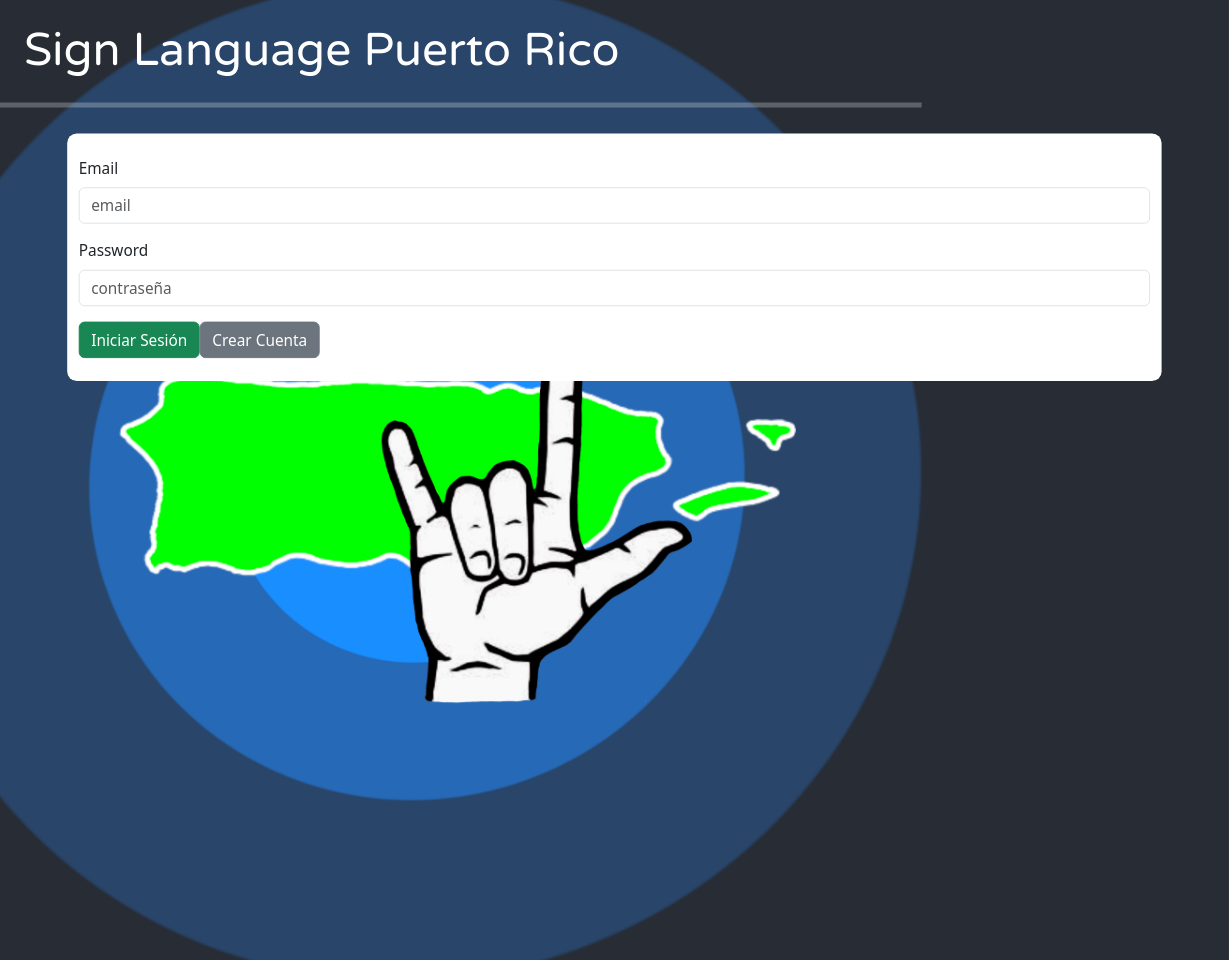
Repository: Dav1497/sign-language-pr
Page: /
These files come from the project's save history. The page is drawn as it stood at one moment and after the next save; the edit follows.
The browser window is 1280 px wide. The pictures show the whole page, at 96% of full size.
The project was rebuilt for these pictures with package versions that can differ from the ones it lists, and the page was loaded fresh each time.

Above is the page before, as saved 2021-02-26 23:04:38.

After the next save:
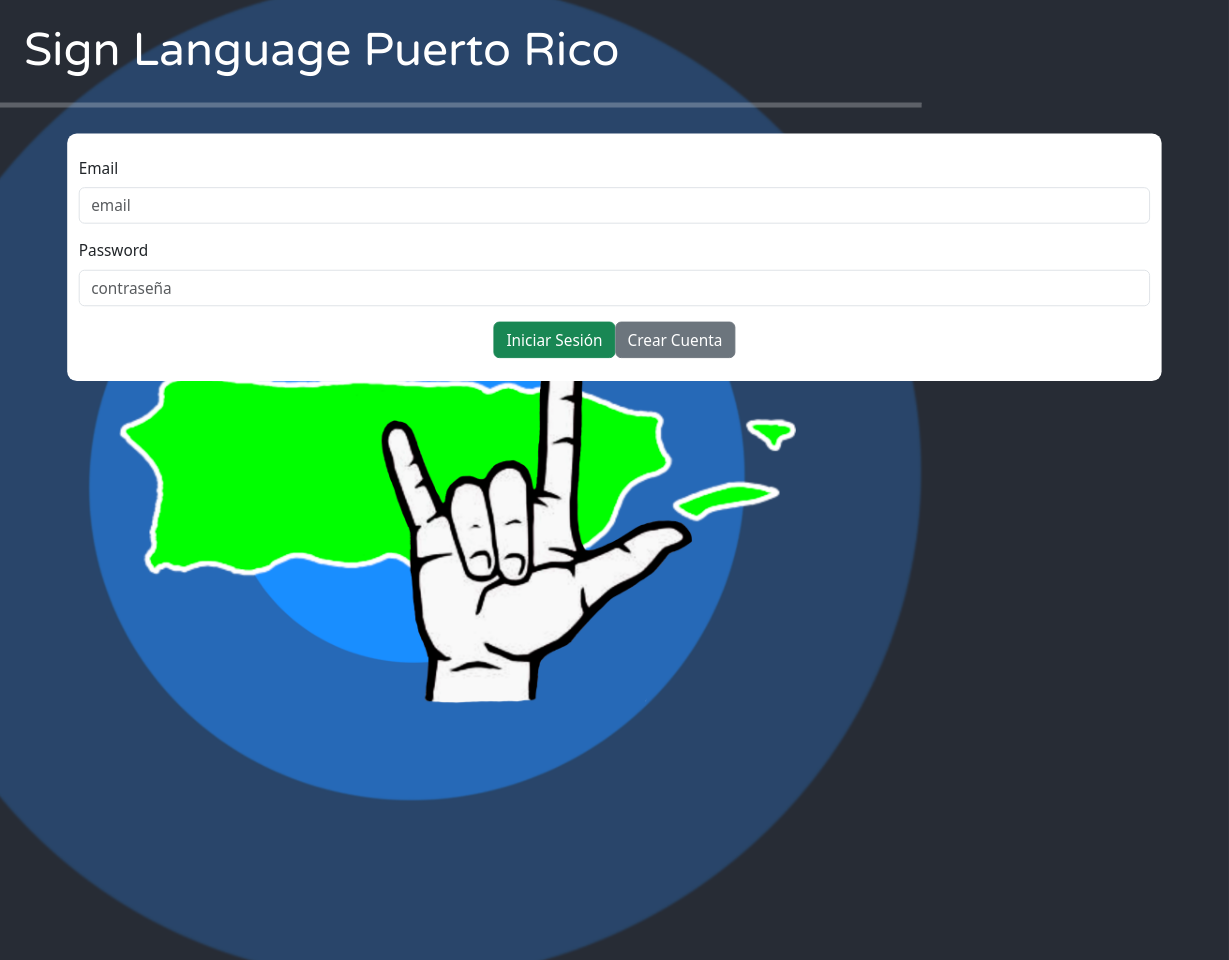
Saved 7 s later.
--- a/src/Login.js
+++ b/src/Login.js
@@ -47,7 +47,7 @@
               />
             </FormGroup>
           </Col>
-          <div className="">
+          <div className="text-center">
 
           <Col>
 
